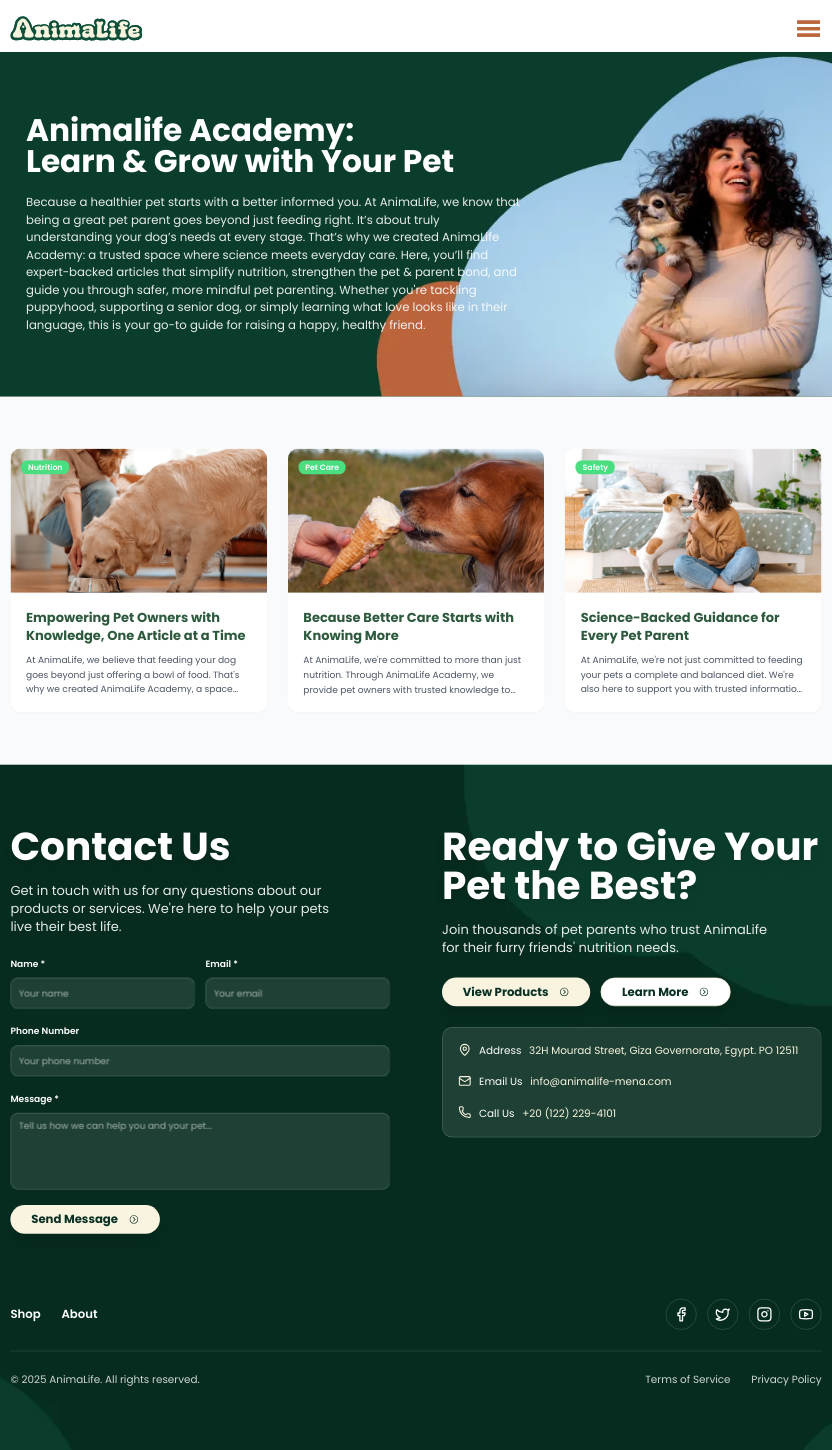
Repository: the-jupiteragency/animalife
Page: /academy
An editor plug-in stored every save of this project. The page is shown before and after the next save, followed by the edit.
The browser window is 1280 px wide. The pictures show the whole page, at 65% of full size.
The project was rebuilt for these pictures with package versions that can differ from the ones it lists, and the page was loaded fresh each time. The framework's server and built-in components were replaced by stand-ins that run in the browser. Also part of the build but not shown: next.config.mjs.

Above is the page before, as saved 2025-08-05 09:36:49.

### app/layout.tsx
import type { Metadata, Viewport } from "next";
import "./globals.css";
import { Header } from "@/components/header";
import { Footer } from "@/components/footer";
import Script from "next/script";

export const metadata: Metadata = {
  metadataBase: new URL('https://animalife.vercel.app'),
  title: {
    default: "AnimaLife | Science-Driven Pet Nutrition & Wellness",
    template: "%s | AnimaLife"
  },
  description:
    "AnimaLife offers science-driven, complete, and balanced nutrition for pets. Discover products tailored to your pet's unique needs, expert advice, and a passionate community of animal lovers.",
  keywords: [
    "AnimaLife",
    "pet nutrition",
    "dog food",
    "cat food",
    "science-based pet care",
    "pet wellness",
    "healthy pets",
    "animal health",
    "pet products",
    "pet academy",
    "pet community",
    "premium pet food",
    "natural pet nutrition",
    "pet health supplements"
  ],
  authors: [{ name: "AnimaLife Team", url: "https://animalife.vercel.app" }],
  creator: "AnimaLife",
  publisher: "AnimaLife",
  formatDetection: {
    email: false,
    address: false,
    telephone: false,
  },
  category: 'Pet Care',
  classification: 'Pet Nutrition and Wellness',
  openGraph: {
    title: "AnimaLife | Science-Driven Pet Nutrition & Wellness",
    description:
      "AnimaLife offers science-driven, complete, and balanced nutrition for pets. Discover products tailored to your pet's unique needs, expert advice, and a passionate community of animal lovers.",
    url: "https://animalife.vercel.app",
    siteName: "AnimaLife",
    images: [
      {
        url: "/hero1.webp",
        width: 1200,
        height: 630,
        alt: "AnimaLife - Science-Driven Pet Nutrition",
      },
    ],
    locale: "en_US",
    type: "website",
  },
  twitter: {
    card: 'summary_large_image',
    title: 'AnimaLife | Science-Driven Pet Nutrition & Wellness',
    description: 'AnimaLife offers science-driven, complete, and balanced nutrition for pets. Discover products tailored to your pet\'s unique needs.',
    images: ['/hero1.webp'],
    creator: '@animalife',
    site: '@animalife'
  },
  robots: {
    index: true,
    follow: true,
    googleBot: {
      index: true,
      follow: true,
      'max-video-preview': -1,
      'max-image-preview': 'large',
      'max-snippet': -1,
    },
  },
  icons: {
    icon: [
      { url: '/favicon.ico' },
      { url: '/favicon.png', type: 'image/png' },
    ],
    shortcut: '/favicon.ico',
    apple: [
      { url: '/apple-touch-icon.png' },
      { url: '/apple-touch-icon-72x72.png', sizes: '72x72', type: 'image/png' },
      { url: '/apple-touch-icon-114x114.png', sizes: '114x114', type: 'image/png' },
    ],
  },
  manifest: '/site.webmanifest',
  alternates: {
    canonical: 'https://animalife.vercel.app',
  },
  verification: {
    google: 'your-google-verification-code',
    yandex: 'your-yandex-verification-code',
    yahoo: 'your-yahoo-verification-code',
  },
};

export const viewport: Viewport = {
  themeColor: "#1B4838",
};

const jsonLd = {
  '@context': 'https://schema.org',
  '@type': 'Organization',
  name: 'AnimaLife',
  url: 'https://animalife.vercel.app',
  logo: 'https://animalife.vercel.app/logo.svg',
  description: 'AnimaLife offers science-driven, complete, and balanced nutrition for pets.',
  contactPoint: {
    '@type': 'ContactPoint',
    contactType: 'Customer Service',
    availableLanguage: 'English'
  },
  sameAs: [
    'https://facebook.com/animalife',
    'https://twitter.com/animalife',
    'https://instagram.com/animalife'
  ],
  address: {
    '@type': 'PostalAddress',
    addressCountry: 'EG'
  }
};

export default function RootLayout({
  children,
}: Readonly<{
  children: React.ReactNode;
}>) {
  return (
    <html lang="en">
      <head>
        <link rel="preconnect" href="https://fonts.googleapis.com" />
        <link rel="preconnect" href="https://fonts.gstatic.com" crossOrigin="anonymous" />
        <link rel="dns-prefetch" href="https://fonts.googleapis.com" />
        <meta name="theme-color" content="#1B4838" />
        <meta name="msapplication-TileColor" content="#1B4838" />
        <meta name="apple-mobile-web-app-capable" content="yes" />
        <meta name="apple-mobile-web-app-status-bar-style" content="default" />
        <meta name="format-detection" content="telephone=no" />
        <Script
          id="json-ld"
          type="application/ld+json"
          dangerouslySetInnerHTML={{ __html: JSON.stringify(jsonLd) }}
        />
      </head>
      <body>
        <Header />
        {children}
        <Footer />
      </body>
    </html>
  );
}

### app/academy/page.tsx
"use client";

import { Card, CardContent } from "@/components/ui/card";
import { Badge } from "@/components/ui/badge";
import Image from "next/image";
import Link from "next/link";
import { Header } from "@/components/header";
import { AcademyPosts } from "@/app/data/academy-posts";

// Remove the hardcoded blogPosts array and use:
const blogPosts = AcademyPosts;

export default function AcademyPage() {
  return (
    <div className="min-h-screen bg-white">
      {/* Header */}
      <Header />
      {/* Add top padding to account for fixed header */}
      <div className="pt-20">
        {/* Hero Banner Section */}
        <section className="relative h-[530px] bg-[#2d5a3d] overflow-hidden">
          <div className="absolute inset-0">
            <Image
              src="/academy-banner.webp"
              alt="Academy Banner"
              fill
              className="object-cover w-full h-full"
              priority
            />
          </div>
          <div className="relative z-10 px-10 mx-auto  h-full flex items-center">
            <div className="max-w-3xl">
              <h1 className="text-4xl md:text-5xl font-bold text-white mb-6">
                Animalife Academy:
                <br />
                Learn & Grow with Your Pet
              </h1>
              <p className="text-lg text-white/90 leading-normal">
                Because a healthier pet starts with a better informed you. At
                AnimaLife, we know that being a great pet parent goes beyond
                just feeding right. It’s about truly understanding your dog’s
                needs at every stage. That’s why we created AnimaLife Academy: a
                trusted space where science meets everyday care. Here, you’ll
                find expert-backed articles that simplify nutrition, strengthen
                the pet & parent bond, and guide you through safer, more mindful
                pet parenting. Whether you're tackling puppyhood, supporting a
                senior dog, or simply learning what love looks like in their
                language, this is your go-to guide for raising a happy, healthy
                friend.
              </p>
            </div>
          </div>
        </section>

        {/* Blog Posts Grid */}
        <section className="py-12 md:py-20 bg-gray-50">
          <div className="container mx-auto px-4">
            <div className="grid grid-cols-1 md:grid-cols-2 lg:grid-cols-3 gap-6 md:gap-8">
              {blogPosts.map((post) => (
                <Link key={post.id} href={`/academy/${post.id}`}>
                  <Card className="cursor-pointer transform transition-all duration-300 hover:scale-105 hover:shadow-xl bg-white border-0 rounded-2xl overflow-hidden group">
                    <CardContent className="p-0">
                      <div className="aspect-video relative overflow-hidden">
                        <Image
                          src={post.image || "/placeholder.svg"}
                          alt={post.title}
                          fill
                          className="object-cover w-full h-full group-hover:scale-105 transition-all duration-500"
                          sizes="(max-width: 768px) 100vw, (max-width: 1200px) 50vw, 33vw"
                        />
                        <div className="absolute top-4 left-4">
                          <Badge className="bg-[#4ade80] text-white hover:bg-[#22c55e] group-hover:scale-110 transition-transform duration-300">
                            {post.category}
                          </Badge>
                        </div>
                      </div>

                      <div className="p-4 md:p-6">
                        <h3 className="text-lg md:text-xl font-bold text-[#2d5a3d] mb-3 line-clamp-2 group-hover:text-[#1e3a2a] transition-colors duration-300">
                          {post.title}
                        </h3>
                        <p className="text-gray-600 text-sm leading-relaxed line-clamp-3 group-hover:text-gray-700 transition-colors duration-300">
                          {post.excerpt}
                        </p>
                      </div>
                    </CardContent>
                  </Card>
                </Link>
              ))}
            </div>
          </div>
        </section>
      </div>{" "}
      {/* Close pt-20 div */}
    </div>
  );
}

### components/header.tsx
"use client";

import { useState, useEffect } from "react";
import { Menu, X } from "lucide-react";
import { GiHamburgerMenu } from "react-icons/gi";
import { IoMdCloseCircle } from "react-icons/io";
import { Button } from "@/components/ui/button";
import Link from "next/link";
import Image from "next/image";

export function Header() {
  const [isMenuOpen, setIsMenuOpen] = useState(false);
  const [scrolled, setScrolled] = useState(false);

  useEffect(() => {
    const handleScroll = () => {
      setScrolled(window.scrollY > 10);
    };
    window.addEventListener("scroll", handleScroll);
    return () => window.removeEventListener("scroll", handleScroll);
  }, []);

  return (
    <header
      className={`fixed top-0 left-0 right-0 z-50 transition-colors duration-300 ${
        scrolled ? "bg-[#0A3D2C]" : "bg-transparent"
      }`}
    >
      <div className="container mx-auto px-4 py-4 md:py-6 flex items-center justify-between font-mono font-normal text-base bg-transparent text-[rgba(249,244,223,1)] flex-row">
        <Link
          href="/"
          className="text-white text-xl md:text-2xl font-bold hover:text-green-200 transition-colors"
        >
          <Image
            src="/logo.svg"
            alt="AnimaLife"
            width={120}
            height={120}
            priority
            style={{ width: "auto", height: "auto" }}
          />
        </Link>

        <div
          className="transition-all duration-300 hover:scale-110"
          onClick={() => setIsMenuOpen(!isMenuOpen)}
        >
          {isMenuOpen ? (
            <IoMdCloseCircle
              className={`h-10 w-10 ${scrolled ? "text-white" : "text-[#1B4838]"}`}
            />
          ) : (
            <GiHamburgerMenu
              className={`h-10 w-10 ${scrolled ? "text-white" : "md:text-[#BA643B]"}`}
            />
          )}
        </div>
      </div>

      {/* Menu Overlay */}
      {isMenuOpen && (
        <div className="fixed inset-0 z-50 bg-[#2d5a3d]">
          <div className="absolute top-4 right-4">
            <div
              className="text-white transition-all duration-300 hover:scale-110"
              onClick={() => setIsMenuOpen(false)}
            >
              <IoMdCloseCircle className="h-12 w-12" />
            </div>
          </div>

          <div className="flex items-center justify-center min-h-screen">
            <nav className="text-center space-y-8 md:space-y-12">
              <Link
                href="/"
                className="block text-white text-xl md:text-2xl font-medium hover:text-green-200 transition-colors"
                onClick={() => setIsMenuOpen(false)}
              >
                Home
              </Link>
              <Link
                href="/products"
                className="block text-white text-xl md:text-2xl font-medium hover:text-green-200 transition-colors"
                onClick={() => setIsMenuOpen(false)}
              >
                Our Products
              </Link>
              <Link
                href="/about"
                className="block text-white text-xl md:text-2xl font-medium hover:text-green-200 transition-colors"
                onClick={() => setIsMenuOpen(false)}
              >
                Discover AnimaLife
              </Link>
              <Link
                href="/academy"
                className="block text-white text-xl md:text-2xl font-medium hover:text-green-200 transition-colors"
                onClick={() => setIsMenuOpen(false)}
              >
                AnimaLife Academy
              </Link>
            </nav>
          </div>
        </div>
      )}
    </header>
  );
}

### components/ui/card.tsx
import * as React from "react"

import { cn } from "@/lib/utils"

const Card = React.forwardRef<
  HTMLDivElement,
  React.HTMLAttributes<HTMLDivElement>
>(({ className, ...props }, ref) => (
  <div
    ref={ref}
    className={cn(
      "rounded-lg border bg-card text-card-foreground shadow-sm",
      className
    )}
    {...props}
  />
))
Card.displayName = "Card"

const CardHeader = React.forwardRef<
  HTMLDivElement,
  React.HTMLAttributes<HTMLDivElement>
>(({ className, ...props }, ref) => (
  <div
    ref={ref}
    className={cn("flex flex-col space-y-1.5 p-6", className)}
    {...props}
  />
))
CardHeader.displayName = "CardHeader"

const CardTitle = React.forwardRef<
  HTMLDivElement,
  React.HTMLAttributes<HTMLDivElement>
>(({ className, ...props }, ref) => (
  <div
    ref={ref}
    className={cn(
      "text-2xl font-semibold leading-none tracking-tight",
      className
    )}
    {...props}
  />
))
CardTitle.displayName = "CardTitle"

const CardDescription = React.forwardRef<
  HTMLDivElement,
  React.HTMLAttributes<HTMLDivElement>
>(({ className, ...props }, ref) => (
  <div
    ref={ref}
    className={cn("text-sm text-muted-foreground", className)}
    {...props}
  />
))
CardDescription.displayName = "CardDescription"

const CardContent = React.forwardRef<
  HTMLDivElement,
  React.HTMLAttributes<HTMLDivElement>
>(({ className, ...props }, ref) => (
  <div ref={ref} className={cn("p-6 pt-0", className)} {...props} />
))
CardContent.displayName = "CardContent"

const CardFooter = React.forwardRef<
  HTMLDivElement,
  React.HTMLAttributes<HTMLDivElement>
>(({ className, ...props }, ref) => (
  <div
    ref={ref}
    className={cn("flex items-center p-6 pt-0", className)}
    {...props}
  />
))
CardFooter.displayName = "CardFooter"

export { Card, CardHeader, CardFooter, CardTitle, CardDescription, CardContent }

### components/ui/badge.tsx
import * as React from "react"
import { cva, type VariantProps } from "class-variance-authority"

import { cn } from "@/lib/utils"

const badgeVariants = cva(
  "inline-flex items-center rounded-full border px-2.5 py-0.5 text-xs font-semibold transition-colors focus:outline-none focus:ring-2 focus:ring-ring focus:ring-offset-2",
  {
    variants: {
      variant: {
        default:
          "border-transparent bg-primary text-primary-foreground hover:bg-primary/80",
        secondary:
          "border-transparent bg-secondary text-secondary-foreground hover:bg-secondary/80",
        destructive:
          "border-transparent bg-destructive text-destructive-foreground hover:bg-destructive/80",
        outline: "text-foreground",
      },
    },
    defaultVariants: {
      variant: "default",
    },
  }
)

export interface BadgeProps
  extends React.HTMLAttributes<HTMLDivElement>,
    VariantProps<typeof badgeVariants> {}

function Badge({ className, variant, ...props }: BadgeProps) {
  return (
    <div className={cn(badgeVariants({ variant }), className)} {...props} />
  )
}

export { Badge, badgeVariants }

### components/ui/button.tsx
import * as React from "react";
import { Slot } from "@radix-ui/react-slot";
import { cva, type VariantProps } from "class-variance-authority";

import { cn } from "@/lib/utils";

const buttonVariants = cva(
  "inline-flex items-center justify-center gap-2 whitespace-nowrap rounded-md text-sm font-medium ring-offset-background transition-colors focus-visible:outline-none focus-visible:ring-2 focus-visible:ring-ring focus-visible:ring-offset-2 disabled:pointer-events-none disabled:opacity-50 [&_svg]:pointer-events-none [&_svg]:size-4 [&_svg]:shrink-0",
  {
    variants: {
      variant: {
        default: "bg-primary text-primary-foreground hover:bg-primary/90",
        destructive:
          "bg-destructive text-destructive-foreground hover:bg-destructive/90",
        outline:
          "border border-input bg-background hover:bg-accent hover:text-accent-foreground",
        secondary:
          "bg-secondary text-secondary-foreground hover:bg-secondary/80",
        ghost: "hover:bg-accent hover:text-accent-foreground",
        link: "text-primary underline-offset-4 hover:underline",
        icon: "bg-transparent",
        hover:
          "bg-[#F9F4DF] text-[#0A3024] hover:bg-[#A7552E] hover:text-white",
      },
      size: {
        default: "h-10 px-4 py-2",
        sm: "h-9 rounded-md px-3",
        lg: "h-11 rounded-md px-8",
        icon: "h-10 w-10",
      },
    },
    defaultVariants: {
      variant: "default",
      size: "default",
    },
  }
);

export interface ButtonProps
  extends React.ButtonHTMLAttributes<HTMLButtonElement>,
    VariantProps<typeof buttonVariants> {
  asChild?: boolean;
}

const Button = React.forwardRef<HTMLButtonElement, ButtonProps>(
  ({ className, variant, size, asChild = false, ...props }, ref) => {
    const Comp = asChild ? Slot : "button";
    return (
      <Comp
        className={cn(buttonVariants({ variant, size, className }))}
        ref={ref}
        {...props}
      />
    );
  }
);
Button.displayName = "Button";

export { Button, buttonVariants };

### components/ui/input.tsx
import * as React from "react"

import { cn } from "@/lib/utils"

const Input = React.forwardRef<HTMLInputElement, React.ComponentProps<"input">>(
  ({ className, type, ...props }, ref) => {
    return (
      <input
        type={type}
        className={cn(
          "flex h-10 w-full rounded-md border border-input bg-background px-3 py-2 text-base ring-offset-background file:border-0 file:bg-transparent file:text-sm file:font-medium file:text-foreground placeholder:text-muted-foreground focus-visible:outline-none focus-visible:ring-2 focus-visible:ring-ring focus-visible:ring-offset-2 disabled:cursor-not-allowed disabled:opacity-50 md:text-sm",
          className
        )}
        ref={ref}
        {...props}
      />
    )
  }
)
Input.displayName = "Input"

export { Input }

### tailwind.config.ts
import type { Config } from "tailwindcss";

const config: Config = {
  darkMode: ["class"],
  content: [
    "./pages/**/*.{js,ts,jsx,tsx,mdx}",
    "./components/**/*.{js,ts,jsx,tsx,mdx}",
    "./app/**/*.{js,ts,jsx,tsx,mdx}",
    "*.{js,ts,jsx,tsx,mdx}",
  ],
  theme: {
    extend: {
      colors: {
        background: "hsl(var(--background))",
        foreground: "hsl(var(--foreground))",
        card: {
          DEFAULT: "hsl(var(--card))",
          foreground: "hsl(var(--card-foreground))",
        },
        popover: {
          DEFAULT: "hsl(var(--popover))",
          foreground: "hsl(var(--popover-foreground))",
        },
        primary: {
          DEFAULT: "hsl(var(--primary))",
          foreground: "hsl(var(--primary-foreground))",
        },
        secondary: {
          DEFAULT: "hsl(var(--secondary))",
          foreground: "hsl(var(--secondary-foreground))",
        },
        muted: {
          DEFAULT: "hsl(var(--muted))",
          foreground: "hsl(var(--muted-foreground))",
        },
        accent: {
          DEFAULT: "hsl(var(--accent))",
          foreground: "hsl(var(--accent-foreground))",
        },
        destructive: {
          DEFAULT: "hsl(var(--destructive))",
          foreground: "hsl(var(--destructive-foreground))",
        },
        border: "hsl(var(--border))",
        input: "hsl(var(--input))",
        ring: "hsl(var(--ring))",
        chart: {
          "1": "hsl(var(--chart-1))",
          "2": "hsl(var(--chart-2))",
          "3": "hsl(var(--chart-3))",
          "4": "hsl(var(--chart-4))",
          "5": "hsl(var(--chart-5))",
        },
        sidebar: {
          DEFAULT: "hsl(var(--sidebar-background))",
          foreground: "hsl(var(--sidebar-foreground))",
          primary: "hsl(var(--sidebar-primary))",
          "primary-foreground": "hsl(var(--sidebar-primary-foreground))",
          accent: "hsl(var(--sidebar-accent))",
          "accent-foreground": "hsl(var(--sidebar-accent-foreground))",
          border: "hsl(var(--sidebar-border))",
          ring: "hsl(var(--sidebar-ring))",
        },
      },
      borderRadius: {
        lg: "var(--radius)",
        md: "calc(var(--radius) - 2px)",
        sm: "calc(var(--radius) - 4px)",
      },
      fontFamily: {
        sans: [
          'Poppins',
          '-apple-system',
          'BlinkMacSystemFont',
          'Segoe UI',
          'Roboto',
          'Oxygen',
          'Ubuntu',
          'Cantarell',
          'Fira Sans',
          'Droid Sans',
          'Helvetica Neue',
          'sans-serif'
        ],
        headline: [
          'Co Headline',
          'Poppins',
          '-apple-system',
          'BlinkMacSystemFont',
          'Segoe UI',
          'sans-serif'
        ],
      },
      keyframes: {
        "accordion-down": {
          from: {
            height: "0",
          },
          to: {
            height: "var(--radix-accordion-content-height)",
          },
        },
        "accordion-up": {
          from: {
            height: "var(--radix-accordion-content-height)",
          },
          to: {
            height: "0",
          },
        },
      },
      animation: {
        "accordion-down": "accordion-down 0.2s ease-out",
        "accordion-up": "accordion-up 0.2s ease-out",
      },
    },
  },
  plugins: [require("tailwindcss-animate")],
};
export default config;

Loaded but not shown: components/ui/textarea.tsx (common file); lib/utils.ts (common file); components/footer.tsx (439 lines, source omitted); app/data/academy-posts.ts (242 lines, source omitted); app/globals.css (185 lines, source omitted)

After the next save:
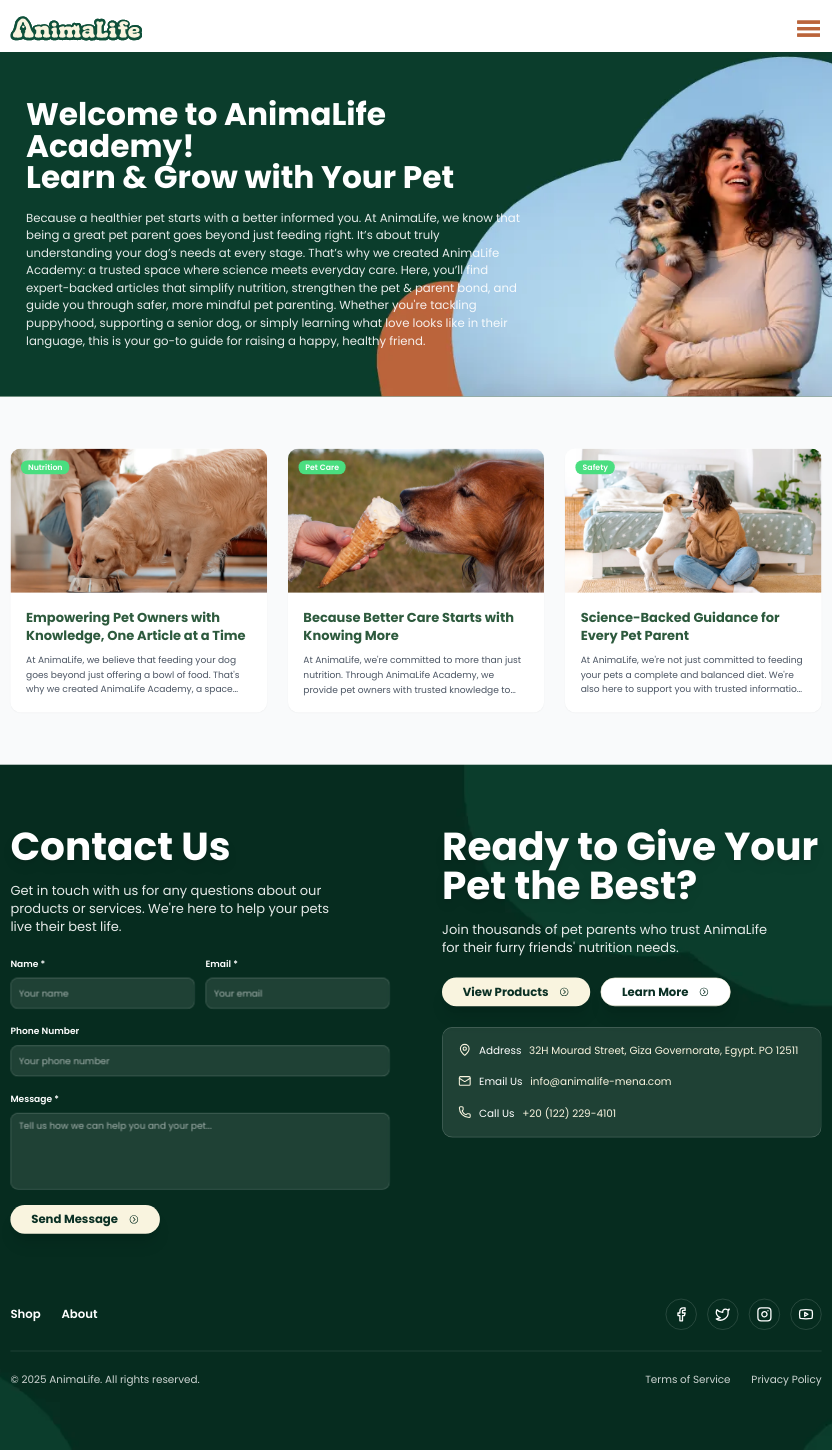
Saved 26 s later.
--- a/app/academy/page.tsx
+++ b/app/academy/page.tsx
@@ -31,7 +31,7 @@
           <div className="relative z-10 px-10 mx-auto  h-full flex items-center">
             <div className="max-w-3xl">
               <h1 className="text-4xl md:text-5xl font-bold text-white mb-6">
-                Animalife Academy:
+                Welcome to AnimaLife Academy!
                 <br />
                 Learn & Grow with Your Pet
               </h1>
